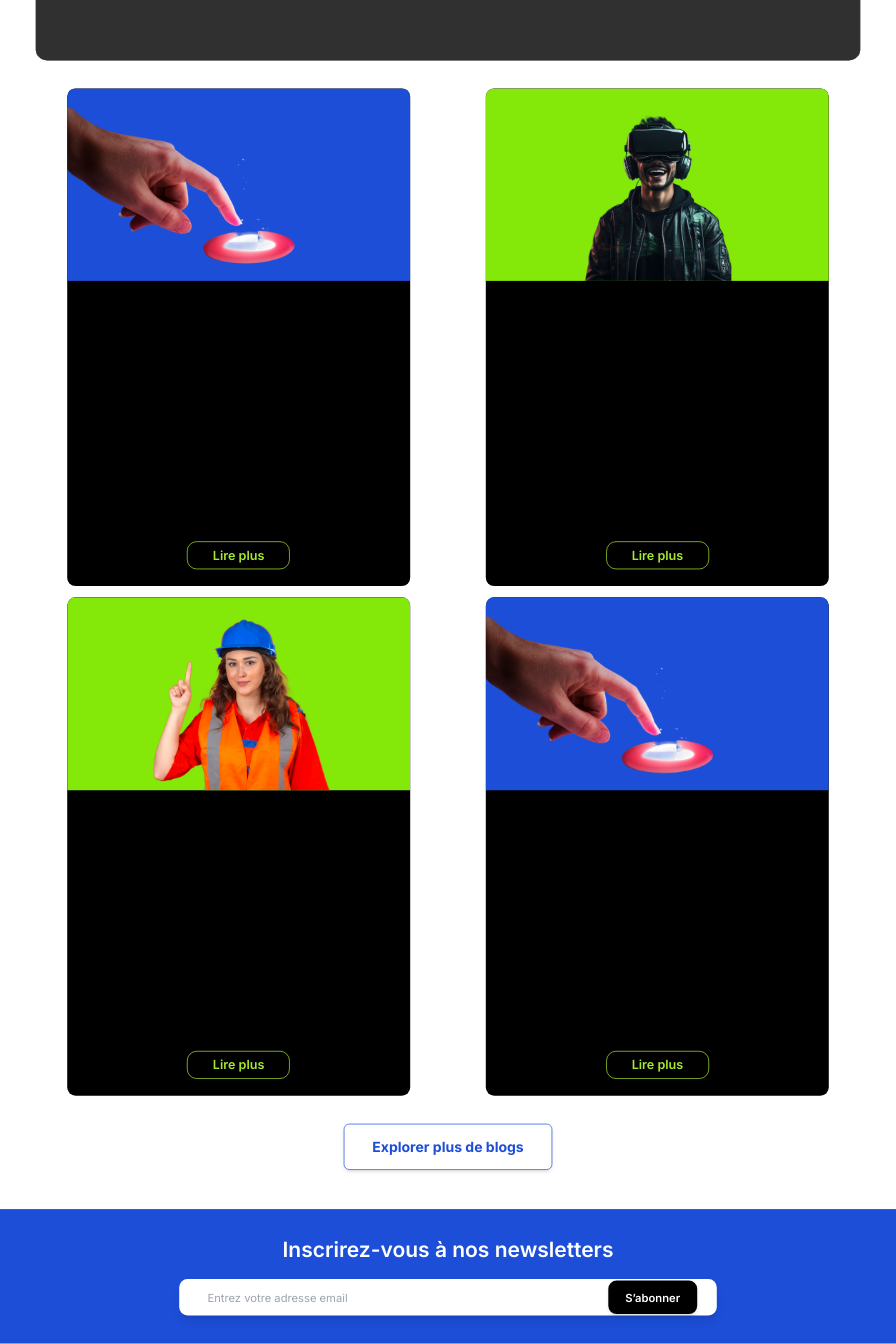
Repository: NassimeElkamari/test
Page: /blogs
These files come from the project's save history. The page is drawn as it stood at one moment and after the next save; the edit follows.
The browser window is 1280 px wide. The pictures show the part of the page from y = 565 to 2485 px (the page is 2485 px tall before and 2481 px after), at 70% of full size.
Pictures or frames that could not be fetched are drawn as grey boxes. The project was rebuilt for these pictures with package versions that can differ from the ones it lists, and the page was loaded fresh each time. The framework's server and built-in components were replaced by stand-ins that run in the browser. Also part of the build but not shown: next.config.mjs.

Above is the page before, as saved 2024-06-12 16:26:01.

After the next save:
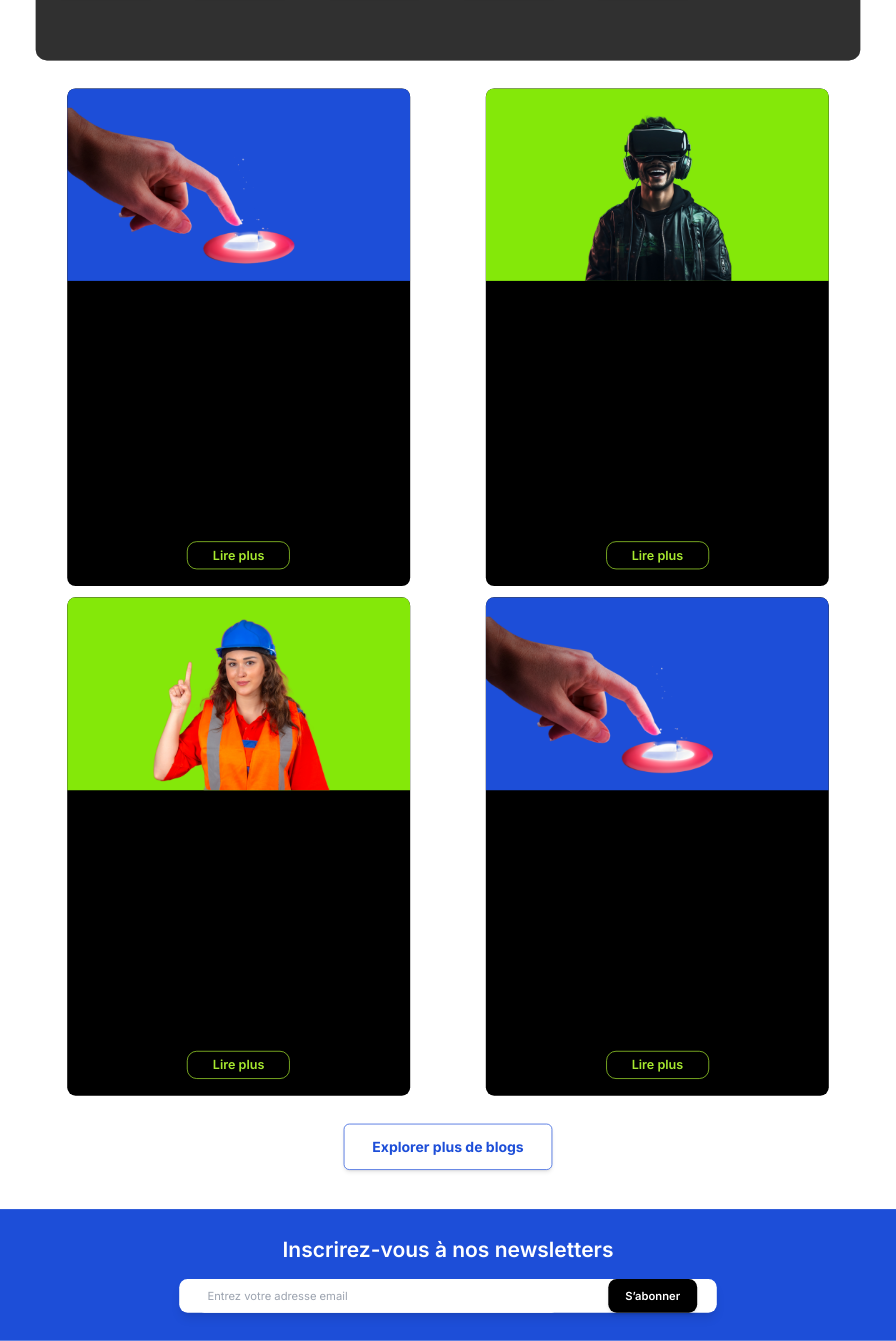
Saved 39 s later.
--- a/src/app/blogs/page.tsx
+++ b/src/app/blogs/page.tsx
@@ -68,7 +68,7 @@
       </div>
       <div className="bg-[#1D4ED8] py-10 mt-10 flex flex-col items-center justify-center">
         <h2 className="text-3xl font-semibold text-white mb-4">Inscrirez-vous à nos newsletters</h2>
-        <div className="bg-white  py-[2px] rounded-xl shadow-lg flex flex-col items-center justify-around sm:flex-row mt-2 w-full max-w-3xl">
+        <div className="bg-white   rounded-xl shadow-lg flex flex-col items-center justify-around sm:flex-row mt-2 w-full max-w-3xl">
           <input
             type="email"
             placeholder="Entrez votre adresse email"

After the save that followed:
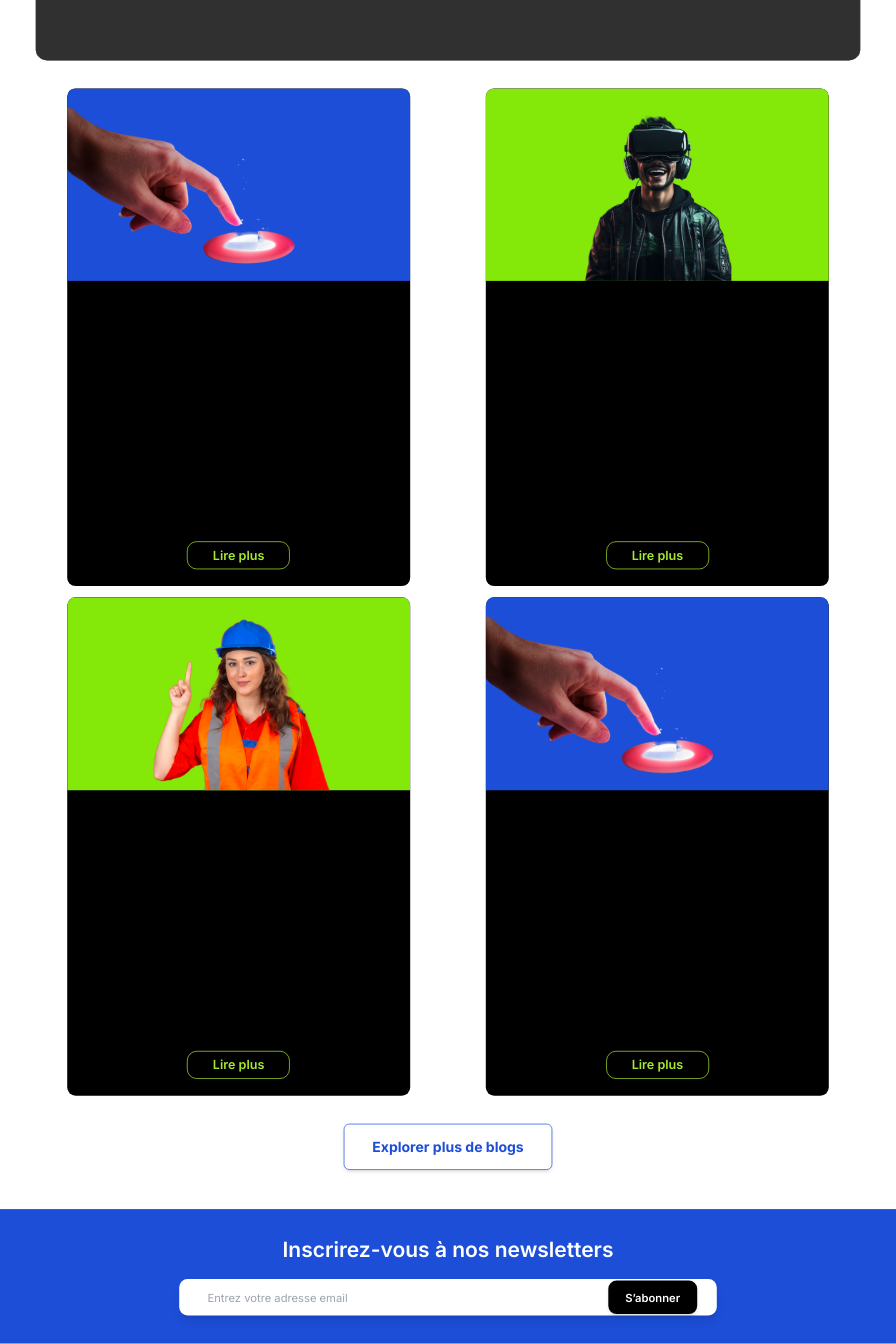
Saved 17 s later.
--- a/src/app/blogs/page.tsx
+++ b/src/app/blogs/page.tsx
@@ -68,7 +68,7 @@
       </div>
       <div className="bg-[#1D4ED8] py-10 mt-10 flex flex-col items-center justify-center">
         <h2 className="text-3xl font-semibold text-white mb-4">Inscrirez-vous à nos newsletters</h2>
-        <div className="bg-white   rounded-xl shadow-lg flex flex-col items-center justify-around sm:flex-row mt-2 w-full max-w-3xl">
+        <div className="bg-white  py-[2px] rounded-xl shadow-lg flex flex-col items-center justify-around sm:flex-row mt-2 w-full max-w-3xl">
           <input
             type="email"
             placeholder="Entrez votre adresse email"
